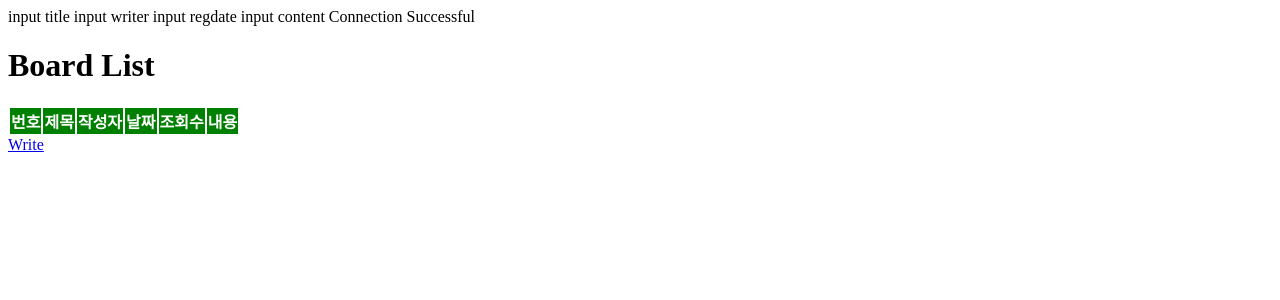
Repository: LEECHAEHEE/webProgramming
Page: http://localhost/board/
The author's editor kept a copy of each file at every save. The page is drawn from the files as they stood at one save, then again after the next save.
The browser window is 1280 px wide. The pictures show the whole page.
The page is served by Tomcat 9. Nobody is signed in. The application's start-up code is not run. Other server files are loaded and not shown. Queries for data that is not in the repository find no rows.

Above is the page before, as saved 2018-04-02 10:05:05.

### board/WebContent/index.jsp
<%@ page language="java" contentType="text/html; charset=EUC-KR" pageEncoding="EUC-KR" %>
<%@ page import="java.sql.*" %>
<!DOCTYPE html>
<html>
<head>
<meta charset="EUC-KR">
<title>Board</title>
<%
	int idx = 1;
	String title = request.getParameter("title");
	String writer = request.getParameter("writer");
	String regdate = request.getParameter("regdate");
	String content = request.getParameter("content");
	int count = 100;

	if(title==null||title=="")
		out.println("input title");

	if(writer==null||writer=="")
		out.println("input writer");

	if(regdate==null||regdate=="")
		out.println("input regdate");

	if(content==null||content=="")
		out.println("input content");

	try{
		String driverName = "oracle.jdbc.driver.OracleDriver";
		String url = "jdbc:oracle:thin:@localhost:1521:XE";

		ResultSet rs = null;
		Class.forName(driverName);
		Connection conn = DriverManager.getConnection(url,"board","board");
		out.println("Connection Successful");

		Statement stmt = conn.createStatement();
		String sql = "select * from board order by idx desc";
		rs = stmt.executeQuery(sql);

%>
<style type="text/css">
	table, td, th {border : 1px soild green;}
	th {background-color:green; color:white;}
</style>
</head>
<body>
<h1>Board List</h1>
	<table>
		<tr>					<!-- table row -->
			<th>번호</th>		<!-- table header -->
			<th>제목</th>
			<th>작성자</th>
			<th>날짜</th>
			<th>조회수</th>
			<th>내용</th>
		</tr>

<%
	 while(rs.next()){
			out.println("<tr>");
			out.println("<td>" + rs.getString(1) + "</td>");
			out.println("<td>" + rs.getString(2) + "</td>");
			out.println("<td>" + rs.getString(3) + "</td>");
			out.println("<td>" + rs.getString(4) + "</td>");
			out.println("<td>" + rs.getString(5) + "</td>");
			out.println("<td>" + rs.getString(6) + "</td>");
			out.println("</tr>");
		}

%>
	</table>

	<a href="write.jsp">Write</a>
<%
	conn.close();
		}catch(Exception e){
			out.println("Connection Failed");
			out.println(e.getMessage());
			e.printStackTrace();
	}
%>
</body>
</html>

After the next save:
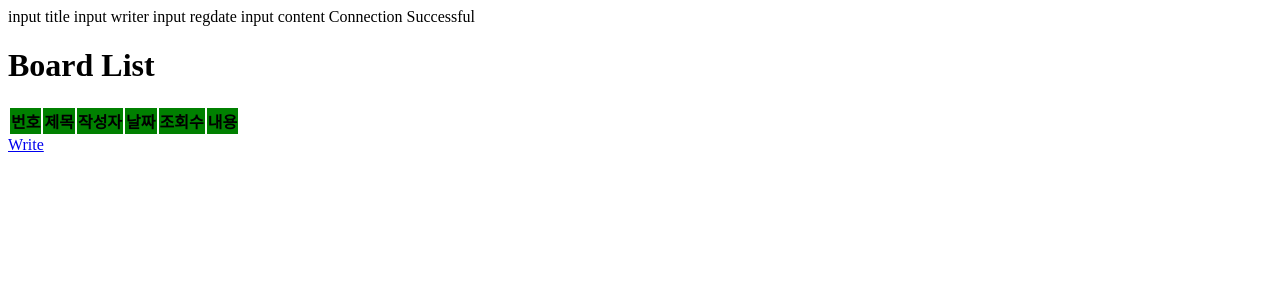
Saved 2 min 51 s later.
--- a/board/WebContent/index.jsp
+++ b/board/WebContent/index.jsp
@@ -41,7 +41,7 @@
 %>
 <style type="text/css">
 	table, td, th {border : 1px soild green;}
-	th {background-color:green; color:white;}
+	th {background-color:green; color:black;}
 </style>
 </head>
 <body>
